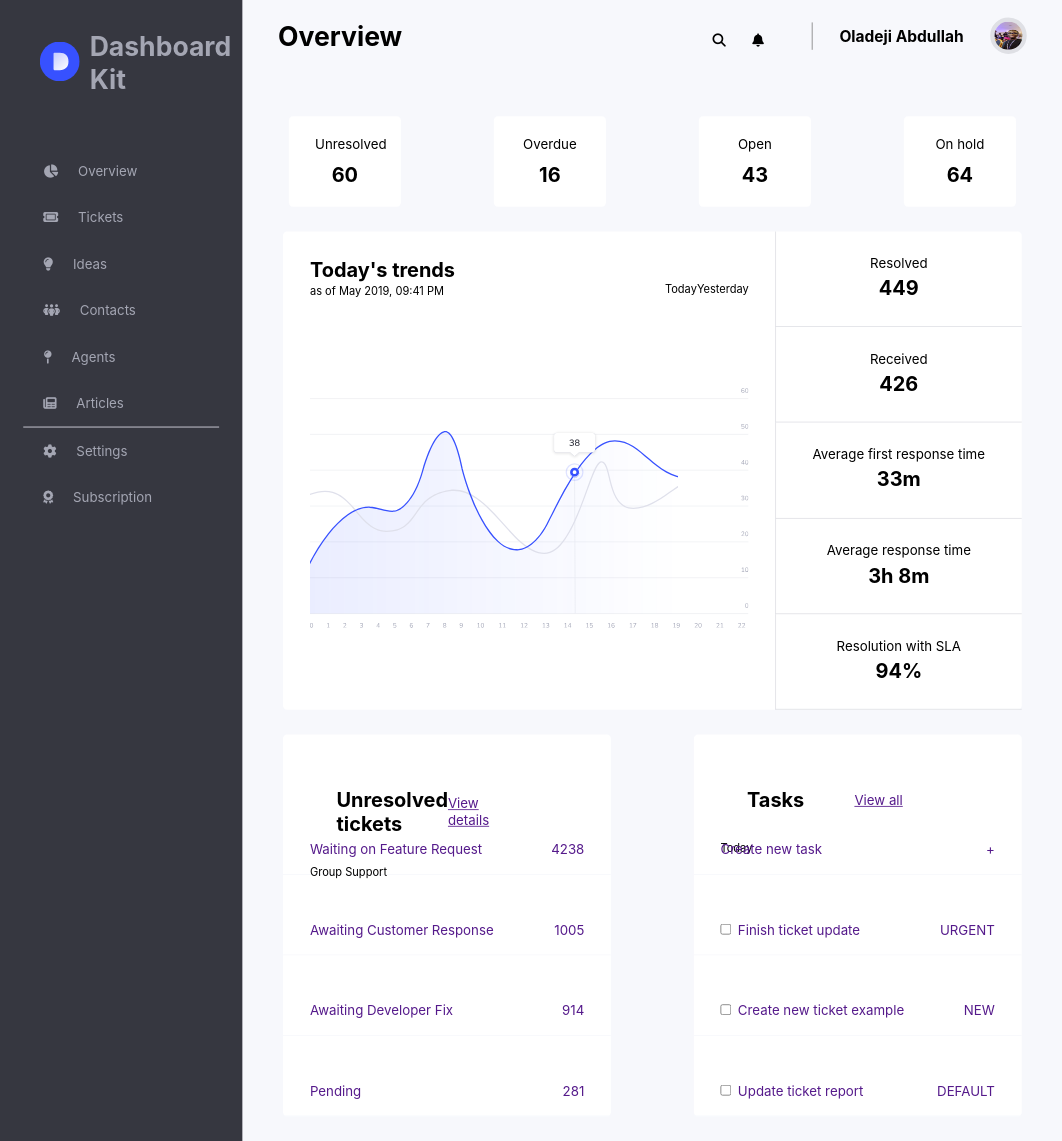
Repository: BuduCE/dashboard
Page: /
The author's editor kept a copy of each file at every save. The page is drawn from the files as they stood at one save, then again after the next save.
The browser window is 1280 px wide. The pictures show the whole page, at 83% of full size.
Some web libraries are served in a nearby version. The project was rebuilt for these pictures with package versions that can differ from the ones it lists, and the page was loaded fresh each time. Also part of the build but not shown: src/pages/Tickets/index.jsx.

Above is the page before, as saved 2022-08-06 00:04:56.

### public/index.html
<!DOCTYPE html>
<html lang="en">
  <head>
    <meta charset="utf-8" />
    <link rel="icon" href="%PUBLIC_URL%/favicon.ico" />
    <meta name="viewport" content="width=device-width, initial-scale=1" />
    <meta name="theme-color" content="#000000" />
    <meta
      name="description"
      content="Web site created using create-react-app"
    />
    <link rel="apple-touch-icon" href="%PUBLIC_URL%/logo192.png" />
    <!--
      manifest.json provides metadata used when your web app is installed on a
      user's mobile device or desktop. See https://developers.google.com/web/fundamentals/web-app-manifest/
    -->
    <link rel="manifest" href="%PUBLIC_URL%/manifest.json" />
    <!--
      Notice the use of %PUBLIC_URL% in the tags above.
      It will be replaced with the URL of the `public` folder during the build.
      Only files inside the `public` folder can be referenced from the HTML.

      Unlike "/favicon.ico" or "favicon.ico", "%PUBLIC_URL%/favicon.ico" will
      work correctly both with client-side routing and a non-root public URL.
      Learn how to configure a non-root public URL by running `npm run build`.
    -->

    <!-- Font-Awesome  -->
    <link
      rel="stylesheet" href="https://cdnjs.cloudflare.com/ajax/libs/font-awesome/6.1.1/css/all.min.css" integrity="sha512-KfkfwYDsLkIlwQp6LFnl8zNdLGxu9YAA1QvwINks4PhcElQSvqcyVLLD9aMhXd13uQjoXtEKNosOWaZqXgel0g==" crossorigin="anonymous" referrerpolicy="no-referrer"
    />
    <title>Admin Dashboard</title>
  </head>
  <body>
    <noscript>You need to enable JavaScript to run this app.</noscript>
    <div id="root"></div>
    <!--
      This HTML file is a template.
      If you open it directly in the browser, you will see an empty page.

      You can add webfonts, meta tags, or analytics to this file.
      The build step will place the bundled scripts into the <body> tag.

      To begin the development, run `npm start` or `yarn start`.
      To create a production bundle, use `npm run build` or `yarn build`.
    -->
  </body>
</html>

### src/index.css
* {
  margin: 0;
  padding: 0;
  box-sizing: border-box;
}
body {
  margin: 0;
  font-family: -apple-system, BlinkMacSystemFont, 'Segoe UI', 'Roboto', 'Oxygen',
    'Ubuntu', 'Cantarell', 'Fira Sans', 'Droid Sans', 'Helvetica Neue',
    sans-serif;
  -webkit-font-smoothing: antialiased;
  -moz-osx-font-smoothing: grayscale;
  background: rgba(54, 55, 64, 1);
}

code {
  font-family: source-code-pro, Menlo, Monaco, Consolas, 'Courier New',
    monospace;
}

### src/App.js
import './App.css';
// import Overview from './pages/Overview';
// import Header from './components/common/Header';
import Sidenav from './components/common/SideNav';
// import Login from './pages/Login';

function App() {
  return (
    <div className="App">
      <Sidenav />
      {/* <Login /> */}
    </div>
  );
}

export default App;

### src/components/common/SideNav/index.jsx
import React from 'react'
import Overview from '../../../pages/Overview'
import Tickets from '../../../pages/Tickets'
import Header from '../Header'
import Logo from '../Logo'
import './styles.css'

const Sidenav = () => {
  return (
    <div className='dashboard'>
        <div className="navbar">
            <div className="logo">
                <Logo />
                <h1>Dashboard Kit</h1>
            </div>
            <div className="heading">
                <i className='fas fa-chart-pie'></i>
                <p>Overview</p>
            </div>
            <div className="heading">
                <i className='fas fa-ticket'></i>
                <p>Tickets</p>
            </div>
            <div className="heading">
                <i className='fas fa-lightbulb'></i>
                <p>Ideas</p>
            </div>
            <div className="heading">
                <i className='fas fa-people-group'></i>
                <p>Contacts</p>
            </div>
            <div className="heading">
                <i className='fas fa-map-pin'></i>
                <p>Agents</p>
            </div>
            <div className="heading divider">
                <i className='fas fa-newspaper'></i>
                <p>Articles</p>
            </div>
            <div className="heading">
                <i className='fas fa-gear'></i>
                <p>Settings</p>
            </div>
            <div className="heading">
                <i className='fas fa-award'></i>
                <p>Subscription</p>
            </div>

        </div>
        <div className="info">
            {/* <Header /> */}
            <Overview />
            {/* <Tickets /> */}
        </div>
    </div>
  )
}

export default Sidenav

### src/pages/Overview/index.jsx
import React from 'react'
import './styles.css'
import TrendMap from './graph.svg'
import Header from '../../components/common/Header'

const Overview = () => {
  return (
    <>
        <Header />
        <div className='overview_pg'>
            {/* Specific status */}
            <div className="overview_stat">
                <div className="overview_info">
                    <p>Unresolved</p>
                    <h2>60</h2>
                </div>
                <div className="overview_info">
                    <p>Overdue</p>
                    <h2>16</h2>
                </div>
                <div className="overview_info">
                    <p>Open</p>
                    <h2>43</h2>
                </div>
                <div className="overview_info">
                    <p>On hold</p>
                    <h2>64</h2>
                </div>
            </div>

            {/* Today's trend */}
            <div className="trends">
                <div className="trends_head">
                    <div className="trends_headT">
                        <div className="trend_title">
                            <h2>Today's trends</h2>
                        </div>
                        <div className="trend_title_stat">
                            <div className="trend_date">
                                <small>as of May 2019, 09:41 PM</small>
                            </div>
                            <div className="trend_day">
                                <small>Today</small>
                                <small>Yesterday</small>
                            </div>
                        </div>
                    </div>

                    <div className="trends_headB">
                        <img src={TrendMap} alt="Trend Chart" />
                    </div>
                </div>

                <div className="trends_summary">
                    <div className="summary_type">
                        <p>Resolved</p>
                        <h2>449</h2>
                    </div>
                    <div className="summary_type">
                        <p>Received</p>
                        <h2>426</h2>
                    </div>
                    <div className="summary_type">
                        <p>Average first response time</p>
                        <h2>33m</h2>
                    </div>
                    <div className="summary_type">
                        <p>Average response time</p>
                        <h2>3h 8m</h2>
                    </div>
                    <div className="summary_type">
                        <p>Resolution with SLA</p>
                        <h2>94%</h2>
                    </div>
                </div>
            </div>

            <div className="ticket_n_task">
                <div className="ticket">
                    <div className="ticket_head">
                        <div className="ticket_title">
                            <h2>Unresolved tickets</h2>
                            <a href="">View details</a>
                        </div>
                        <small>Group Support</small>
                    </div>
                    <div className="ticket_list">
                        <a href="">
                            <p>Waiting on Feature Request</p>
                            <p>4238</p>
                        </a>
                        <a href="">
                            <p>Awaiting Customer Response</p>
                            <p>1005</p>
                        </a>
                        <a href="">
                            <p>Awaiting Developer Fix</p>
                            <p>914</p>
                        </a>
                        <a href="">
                            <p>Pending</p>
                            <p>281</p>
                        </a>
                    </div>
                </div>

                <div className="task">
                    <div className="ticket_head">
                        <div className="ticket_title">
                            <h2>Tasks</h2>
                            <a href="">View all</a>
                        </div>
                        <small>Today</small>
                    </div>

                    <div className="ticket_list">
                        <a href="">
                            <p>Create new task</p>
                            <p>+</p>
                        </a>
                        <a href="">
                            <div className='task_todo'>
                                <input type="checkbox" name="" id="" />
                                <label htmlFor="">Finish ticket update</label>
                            </div>

                            <p>URGENT</p>
                        </a>
                        <a href="">
                            <div className='task_todo'>
                                <input type="checkbox" name="" id="" />
                                <label htmlFor="">Create new ticket example</label>
                            </div>

                            <p>NEW</p>
                        </a>
                        <a href="">
                            <div className='task_todo'>
                                <input type="checkbox" name="" id="check" />
                                <label htmlFor="">Update ticket report</label>
                            </div>

                            <p>DEFAULT</p>
                        </a>
                    </div>
                </div>
            </div>
        </div>
    </>
  )
}

export default Overview

### src/components/common/Header/index.jsx
import React from 'react'
import './styles.css'
import budu from './budu.jpg'

const Header = () => {
  return (
    <div className='head_er'>
        <div className="headerL">
            <h1>Overview</h1>
        </div>
        <div className="headerR">
            <i className='fas fa-magnifying-glass icon'></i>
            <i className='fas fa-bell icon bell'></i>
            <h3>Oladeji Abdullah</h3>
            <img src={budu} alt="" />
        </div>
    </div>
  )
}

export default Header

### src/components/common/Logo/index.jsx
import React from 'react'
import companyLogo from './logo.svg'

const Logo = () => {
  return (
    <div>
        <img src={companyLogo} alt="" />
    </div>
  )
}

export default Logo

### src/components/common/SideNav/styles.css
.dashboard{
    display: grid;
    grid-template-columns: 1fr 5fr;
}
.navbar{
    padding: 37px 28px;
    color: #A4A6B3;
}
.logo{
    display: flex;
    padding: 20px 20px;
    padding-bottom: 63px;
    padding-top: 0;
    align-items: center;
}
.logo h1{
    margin-left: 12px;
    width: 8.5rem;
}
.heading{
    width: 100%;
    display: flex;
    padding: 18px 24px;
    align-items: center;
}
.heading p{
    margin-left: 24px;
}
.heading:hover{
    border-left: 1px solid #DDE2FF;
    color: #DDE2FF;
}
.info{
    background: #F7F8FC;
    /* height: 100vh; */
}
.divider{
    border-bottom: 1px solid #DFE0EB;
}

### src/pages/Overview/styles.css
.overview_pg{
    margin-top: 54px;
}
.overview_stat{
    display: grid;
    grid-template-columns: 1fr 1fr 1fr 1fr;
    /* justify-content: space-evenly; */
    width: 100%;
}
.overview_info{
    display: flex;
    flex-direction: column;
    text-align: center;
    /* border: 1px solid; */
    border-radius: 5px;
    padding: 24px 32px;
    background: #fff;
    box-shadow: 15px;
    width: 55%;
    margin: auto;
}
.overview_info:hover{
    color: blue;
    border: 1px blue solid;
}
.overview_info p{
    padding-bottom: 12px;
}

/* trend  */
.trends{
    width: 90%;
    background: #fff;
    margin: auto;
    border-radius: 5px;
    height: 80vh;
    margin-top: 30px;
    display: grid;
    grid-template-columns: 2fr 1fr;
    margin-top: 30px;
}
.trends_head{
    padding: 32px;
}
.trend_title_stat{
    display: flex;
    justify-content: space-between;
}
.trend_day{
    display: flex;
    justify-content: space-evenly;
}
.trends_headB img{
    width: 100%;
    margin-top: 54px;
    height: 55vh;
}

/* summary  */
.trends_summary{
    display: grid;
    grid-template-rows: 1fr 1fr 1fr 1fr 1fr;
}
.summary_type{
    padding: 28px;
    border-left: 1px solid #dfe0e5;
    border-bottom: 1px solid #dfe0e5;
    text-align: center;
}
.summary_type p{
    margin-bottom: 6px;
}

/* Tickets */
.ticket_n_task{
    display: grid;
    grid-template-columns: 1fr 1fr;
    width: 90%;
    margin: auto;
    margin-top: 30px;
    margin-bottom: 30px;
}
.ticket{
    margin-right: 50px;
}
.task{
    margin-left: 50px;
}
.ticket,.task{
    border-radius: 5px;
    background: #fff;
}
.ticket_head{
    padding: 32px;
    margin-bottom: 8px;
    width: 80%;
    height: 10vh;
}
.ticket_title{
    display: flex;
    justify-content: space-between;
    align-items: center;
}
.ticket_list a{
    text-decoration: none;
    display: flex;
    justify-content: space-between;
    align-items: center;
    padding: 20px 32px;
    border-bottom: 1px solid #F7F8FC;
    margin-top: 36px;
    align-items: center;
}
.task_todo{
    align-items: center;
}
.task_todo label{
    margin-left: 8px;
}

### src/pages/Tickets/styles.css
.ticket_pg{
    background: #fff;
    border-radius: 5px;
    height: 96vh;
    width: 95%;
    margin: auto;
    margin-top: 54px;
}
.ticket_title{
    display: flex;
    justify-content: space-between;
    padding: 32px;
}
.titleR, .titleR_icon{
    display: flex;
    justify-content: space-between;
    align-items: center;
    margin-left: 32px;
}
.titleR_icon p{
    margin-left: 8px;
}
/* .tab_head{
    display: grid;
    grid-template-columns: 3fr 2fr 2fr 1fr;
    margin: auto;
    padding: 0 77px 12px 31px;
    border-bottom: 1px solid #dfe0e5;
} */
.tab_info{
    display: grid;
    grid-template-columns: 3fr 2fr 2fr 1fr;
    margin: auto;
    padding: 24px 31px;
    border-bottom: 1px solid #dfe0e5;
}
.tab_info:hover{
    background: #F7F8FC;
}
.info_title{
    display: grid;
    grid-template-columns: 1fr 7fr;
}
.info_title img{
    width: 44px;
    height: 44px;
    border: 5px solid #dfe0e5;
    border-radius: 50%;
}
.ticket_tab{
    margin: auto;
}
.info_status{
    display: flex;
    /* grid-template-columns: 1fr 1fr; */
    justify-content: space-between;
    align-items: center;
}
.info_status button{
    padding: 5px 20px;
    border-radius: 40%;
    background: red;
    color: #fff;
    border: none;
}

### src/components/common/Header/styles.css
.head_er{
    display: flex;
    justify-content: space-between;
    width: 100%;
    height: 10vh;
    padding: 43px 43px;
    align-items: center;
}
.headerR{
    display: flex;
    justify-content: space-between;
    align-items: center;
}
.icon{
    width: 16px;
    height: 16px;
    padding: 5px 24px;
}
.bell{
    padding-right: 72px;
}
.headerR h3{
    padding: 5px 32px;
    border-left: 1px solid grey;
}
.headerR img{
    width: 44px;
    height: 44px;
    border-radius: 50%;
    border: 5px solid #dfe0e5;
}

Loaded but not shown: src/index.js (common file); src/reportWebVitals.js (common file); src/App.css (common file)

After the next save:
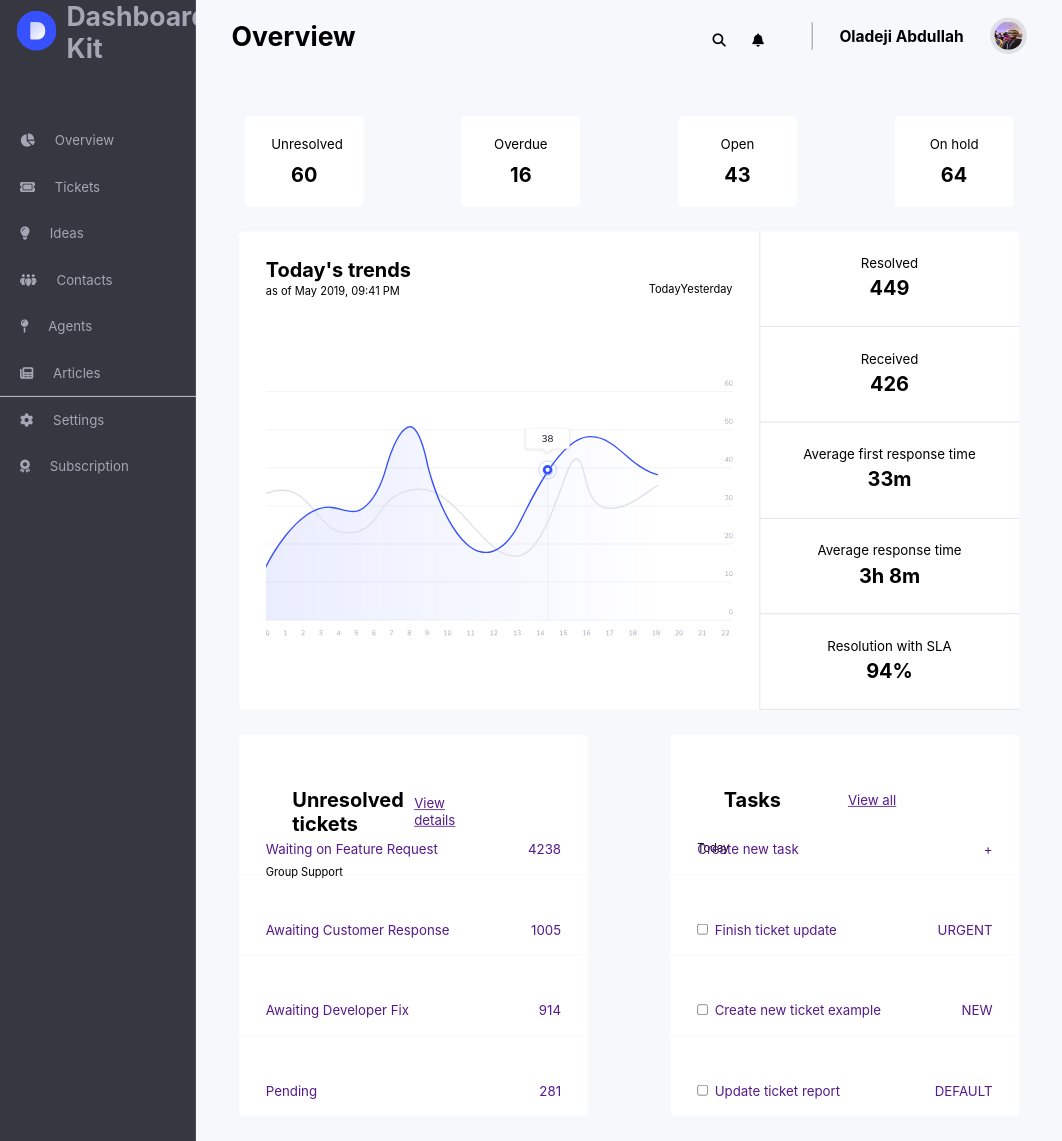
Saved 33 s later.
--- a/src/components/common/SideNav/styles.css
+++ b/src/components/common/SideNav/styles.css
@@ -3,7 +3,7 @@
     grid-template-columns: 1fr 5fr;
 }
 .navbar{
-    padding: 37px 28px;
+    /* padding: 37px 28px; */
     color: #A4A6B3;
 }
 .logo{
